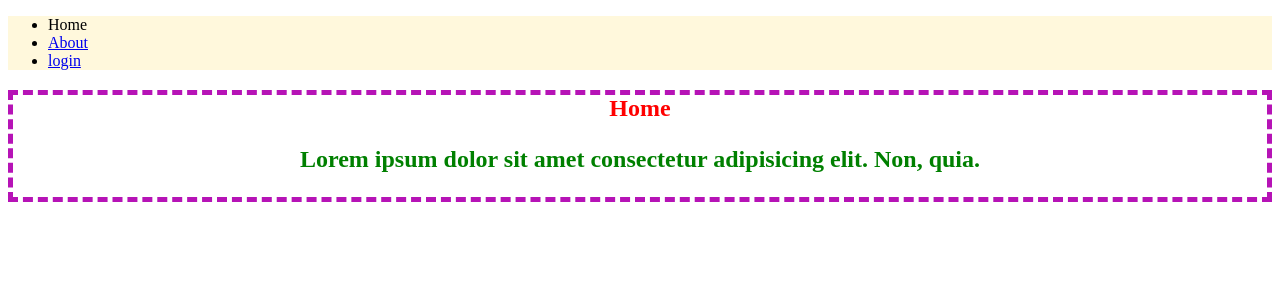
Repository: AnnaSpirit/Tests__
Page: CSS/index.html
An editor plug-in stored every save of this project. The page is shown before and after the next save, followed by the edit.
The browser window is 1280 px wide. The pictures show the whole page.

Above is the page before, as saved 2024-04-04 17:00:16.

### CSS/index.html
<!DOCTYPE html>
<html lang="en">
<head>
    <meta charset="UTF-8">
    <meta name="viewport" content="width=device-width, initial-scale=1.0">
    <link rel="stylesheet" href="style.css">
    <title>index</title>
</head>
<body>
    <header style="background-color: cornsilk;">
        <nav>
            <ul>
                <li>Home</li>
                <li><a href="about.html">About</a></li>
                <li><a href="login.html">login</a></li>
            </ul>
        </nav>
    </header>
    <section>
        <h2>Home
            <p>Lorem ipsum dolor sit amet consectetur adipisicing elit. Non, quia.</p>
        </h2>
    </section>
</body>
</html>

### CSS/style.css
/* Selector {
    Property: value;
} */

h2{
    color: red;
    text-align: center;
    border: 5px dashed rgb(182, 19, 182);
}
p{
    color: green;
}

After the next save:
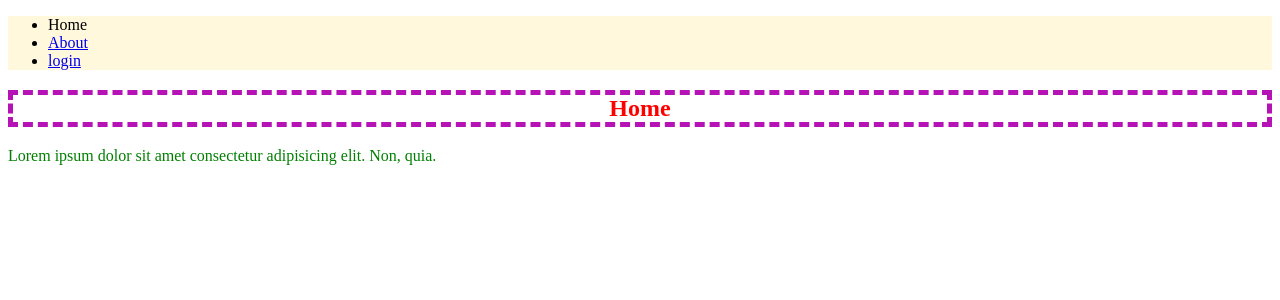
Saved 4 s later.
--- a/CSS/index.html
+++ b/CSS/index.html
@@ -17,9 +17,9 @@
         </nav>
     </header>
     <section>
-        <h2>Home
+        <h2>Home</h2>
             <p>Lorem ipsum dolor sit amet consectetur adipisicing elit. Non, quia.</p>
-        </h2>
+
     </section>
 </body>
 </html>
